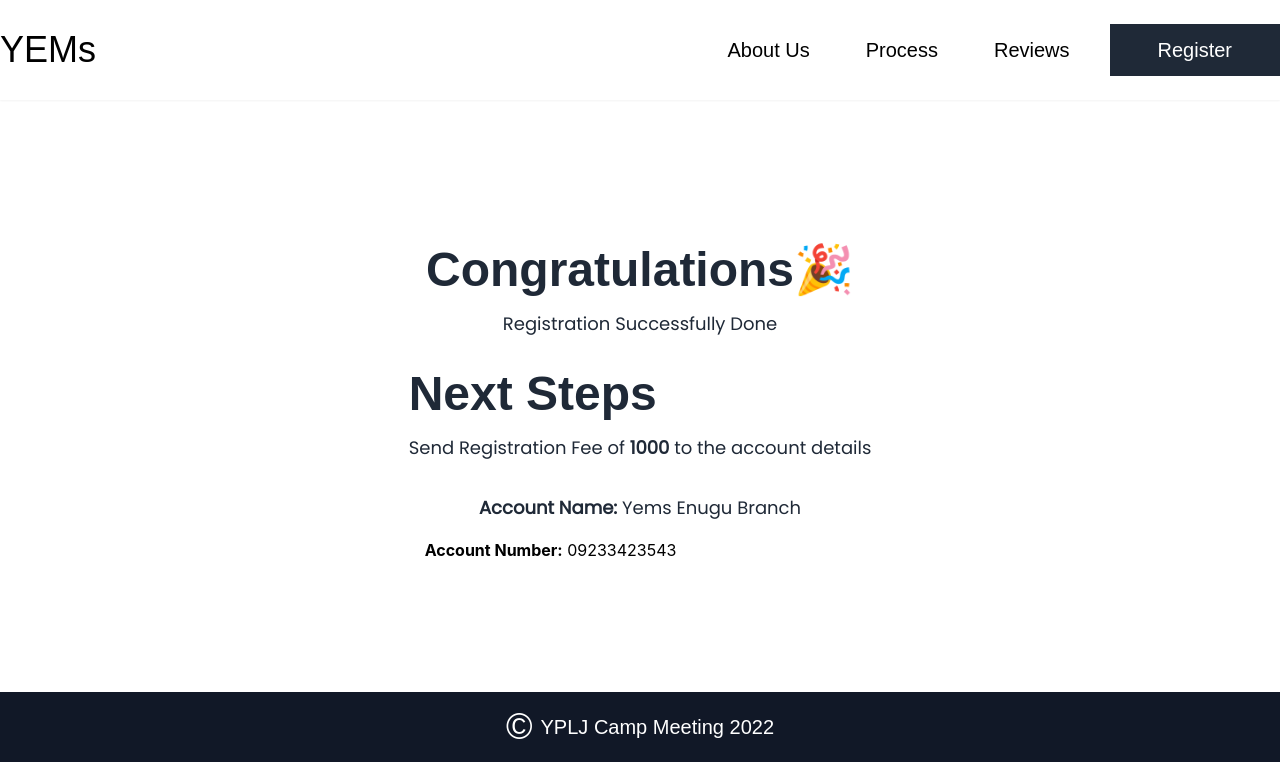
Repository: Ifenna-Pascal/user-camp-onboarding
Page: /dashboard
These files come from the project's save history. The page is drawn as it stood at one moment and after the next save; the edit follows.
The browser window is 1280 px wide. The pictures show the whole page.
Some web fonts or font styles are not loaded; a fallback is used. The project was rebuilt for these pictures with package versions that can differ from the ones it lists, and the page was loaded fresh each time. The framework's server and built-in components were replaced by stand-ins that run in the browser. Also part of the build but not shown: next.config.js.

Above is the page before, as saved 2022-11-27 08:15:42.

After the next save:
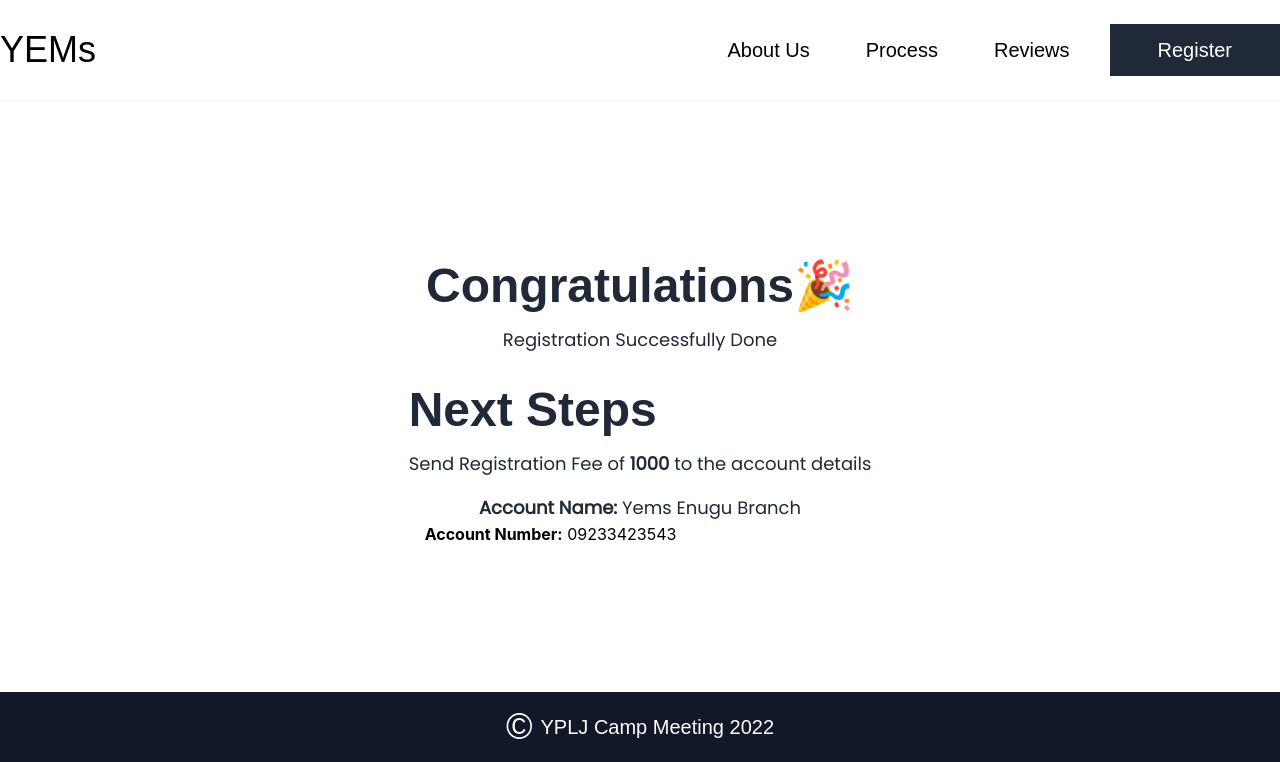
Saved 5 s later.
--- a/pages/dashboard.jsx
+++ b/pages/dashboard.jsx
@@ -17,7 +17,7 @@ function Dashboard() {
           Send Registration Fee of <strong>1000</strong> to the account details
         </p>
         <div className="px-4">
-          <p className="block text-base  lg:text-lg text-center font-poppins text-gray-800 leading-[30px] py-2 lg:py-4">
+          <p className="block text-base  lg:text-lg text-center font-poppins text-gray-800 leading-[30px]">
             <b>Account Name:</b> Yems Enugu Branch
           </p>
           <p>
